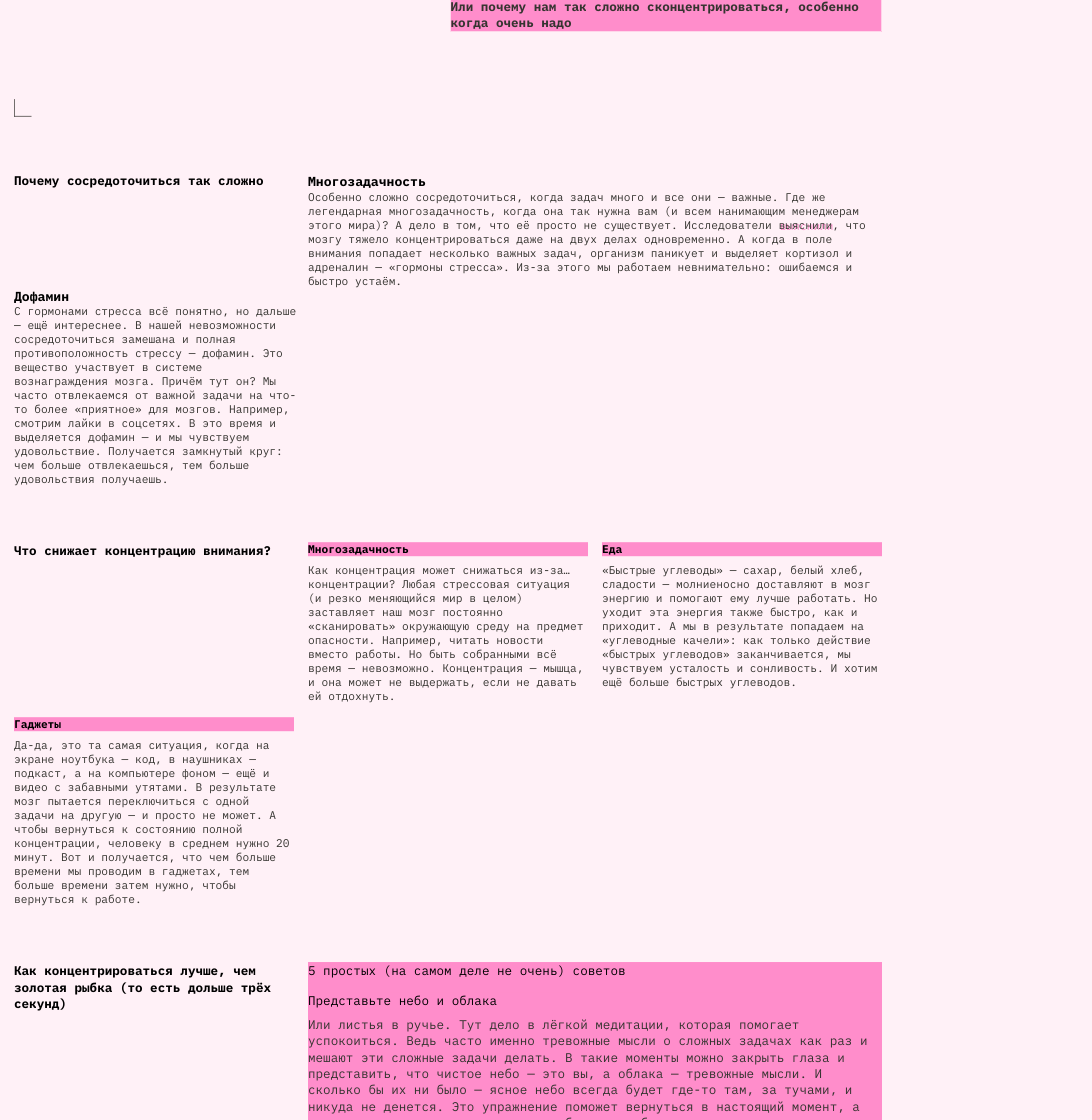
Repository: NikWolf75/slozhno-sosredotochitsya-fd
Page: index.html
These files come from the project's save history. The page is drawn as it stood at one moment and after the next save; the edit follows.
The browser window is 1280 px wide. The page is 1560 px wide, so the pictures cover 1560 px, including what lies to the right of the window. The pictures show the part of the page from y = 582 to 2182 px (the page is 7168 px tall before and 7415 px after), at 70% of full size.

Above is the page before, as saved 2025-02-27 21:44:24.

### index.html
<!DOCTYPE html>
<html lang="ru">
  <head>
    <meta charset="UTF-8" />
    <meta http-equiv="X-UA-Compatible" content="IE=edge" />
    <meta name="viewport" content="width=device-width, initial-scale=1.0" />
    <meta name="color-scheme" content="dark light" />
    <link rel="stylesheet" href="/fonts/fonts.css" />
    <link rel="stylesheet" href="/styles/globals.css" />
    <link rel="stylesheet" href="/styles/variables.css" />
    <link rel="stylesheet" href="/styles/style.css" />
    <link rel="stylesheet" href="/styles/dark.css" />
    <link rel="stylesheet" href="/styles/light.css" />
    <link rel="icon" href="/images/favicon.ico" sizes="any" />
    <link rel="icon" href="/images/favicon.svg" type="image/svg+xml" />
    <title>Сложно сосредоточиться</title>
    <script src="./scripts/script.js"></script>
  </head>
  <body class="page">
    <header class="header decorated-zone">
      <p class="rec_element">REC</p>
      <nav class="header__theme-menu">
        <ul class="header__theme-menu-list">
          <li class="header__theme-menu-item">
            <button
              class="header__theme-menu-button header__theme-menu-button_type_light"
            >
              День
            </button>
          </li>
          <li class="header__theme-menu-item">
            <button
              class="header__theme-menu-button header__theme-menu-button_active header__theme-menu-button_type_auto"
              disabled
            >
              Авто
            </button>
          </li>
          <li class="header__theme-menu-item">
            <button
              class="header__theme-menu-button header__theme-menu-button_type_dark"
            >
              Неон
            </button>
          </li>
        </ul>
      </nav>
      <h1 class="title_main">no focus</h1>
      <div class="title-decor">
        <p>Что делать, когда не можешь делать ничего</p>
        <p>
          Или почему нам так сложно сконцентрироваться, особенно когда очень
          надо
        </p>
      </div>
    </header>
    <main class="content">
      <section class="content__section">
        <h2 class="question_text">Почему сосредоточиться так сложно</h2>
        <article class="answer">
          <h3 class=".content__answer-short">Многозадачность</h3>
          <p class="answer_large">
            Особенно сложно сосредоточиться, когда задач много и все они —
            важные. Где же легендарная многозадачность, когда она так нужна вам
            (и всем нанимающим менеджерам этого мира)? А дело в том, что её
            просто не существует. Исследователи
            <a class="link-text" href="#0">выяснили</a>, что мозгу тяжело
            концентрироваться даже на двух делах одновременно. А когда в поле
            внимания попадает несколько важных задач, организм паникует и
            выделяет кортизол и адреналин — «гормоны стресса». Из-за этого мы
            работаем невнимательно: ошибаемся и быстро устаём.
          </p>
        </article>
        <article class="answer">
          <h3 class=".content__answer-short">Дофамин</h3>
          <p class="answer_large">
            С гормонами стресса всё понятно, но дальше — ещё интереснее. В нашей
            невозможности сосредоточиться замешана и полная противоположность
            стрессу — дофамин. Это вещество участвует в системе вознаграждения
            мозга. Причём тут он? Мы часто отвлекаемся от важной задачи на
            что-то более «приятное» для мозгов. Например, смотрим лайки в
            соцсетях. В это время и выделяется дофамин — и мы чувствуем
            удовольствие. Получается замкнутый круг: чем больше отвлекаешься,
            тем больше удовольствия получаешь.
          </p>
        </article>
      </section>
      <section class="content__section content__what">
        <h2 class="question_text">Что снижает концентрацию внимания?</h2>
        <article class="answer">
          <h3 class="content__answer-short">Многозадачность</h3>
          <p class="answer_large">
            Как концентрация может снижаться из-за… концентрации? Любая
            стрессовая ситуация (и резко меняющийся мир в целом) заставляет наш
            мозг постоянно «сканировать» окружающую среду на предмет опасности.
            Например, читать новости вместо работы. Но быть собранными всё время
            — невозможно. Концентрация — мышца, и она может не выдержать, если
            не давать ей отдохнуть.
          </p>
        </article>
        <article class="answer">
          <h3 class="content__answer-short">Еда</h3>
          <p class="answer_large">
            «Быстрые углеводы» — сахар, белый хлеб, сладости — молниеносно
            доставляют в мозг энергию и помогают ему лучше работать. Но уходит
            эта энергия также быстро, как и приходит. А мы в результате попадаем
            на «углеводные качели»: как только действие «быстрых углеводов»
            заканчивается, мы чувствуем усталость и сонливость. И хотим ещё
            больше быстрых углеводов.
          </p>
        </article>
        <article class="answer">
          <h3 class="content__answer-short">Гаджеты</h3>
          <p class="answer_large">
            Да-да, это та самая ситуация, когда на экране ноутбука — код, в
            наушниках — подкаст, а на компьютере фоном — ещё и видео с забавными
            утятами. В результате мозг пытается переключиться с одной задачи на
            другую — и просто не может. А чтобы вернуться к состоянию полной
            концентрации, человеку в среднем нужно 20 минут. Вот и получается,
            что чем больше времени мы проводим в гаджетах, тем больше времени
            затем нужно, чтобы вернуться к работе.
          </p>
        </article>
      </section>
      <section class="content__section">
        <h2 class="question_text">
          Как концентрироваться лучше, чем золотая рыбка (то есть дольше трёх
          секунд)
        </h2>
        <article class="answer advice">
          <h3 class="content__answer-short sub_content__answer-short">
            5 простых (на самом деле не очень) советов
          </h3>
          <h4 class="advice">
            Представьте небо и облака
          </h4>
          <p class="answer_large">
            Или листья в ручье. Тут дело в лёгкой медитации, которая помогает
            успокоиться. Ведь часто именно тревожные мысли о сложных задачах как
            раз и мешают эти сложные задачи делать. В такие моменты можно
            закрыть глаза и представить, что чистое небо — это вы, а облака —
            тревожные мысли. И сколько бы их ни было — ясное небо всегда будет
            где-то там, за тучами, и никуда не денется. Это упражнение поможет
            вернуться в настоящий момент, а не волноваться о потенциальных
            проблемах из будущего.
          </p>
        </article>
          <h4 class="advice">
            Включите музыку
          </h4>
          <p class="answer_large">
            Но не любую, и не любимую. Любимая может быть связана с сильными
            положительными эмоциями, которые тоже очень сильно отвлекают.
            Подойдёт тихая, спокойная, умеренно-ритмичная. Можно вообще
            попробовать включить плейлист с «белым шумом» или нейромузыкой.
          </p>
          <h4 class="advice">
            Прогуляйтесь
          </h4>
          <p class="answer_large">
            Или даже пробегитесь. Лучше найти парк или лес: один эксперимент
            <a class="link-text" href="#0">показал</a>, что созерцание природы
            повышает концентрацию, в то время как после просмотра городских
            пейзажей она наоборот понижается. Можно совместить прогулку с
            физическими упражнениями или бегом — так в мозг поступит ещё больше
            кислорода и он будет лучше работать. Но и простая двадцатиминутная
            прогулка — тоже отличный вариант.
          </p>
          <h4 class="advice">
            Хорошо ешьте
          </h4>
          <p class="answer_large">
            Мы — не ваша бабушка, но это правда важно. Выбирайте продукты,
            которые препятствуют резким скачкам сахара в крови. Например, с
            высоким содержанием клетчатки: овощи, ягоды, бобовые (нут, чечевица,
            фасоль), коричневый рис, хлеб из цельнозерновой пшеницы.
          </p>
          <h4 class="advice">
            Читайте
          </h4>
          <p class="answer_large">
            Настоящие бумажные книги. Это правда помогает с концентрацией: чтобы
            прочитать пост в соцсети, достаточно нескольких минут или даже
            секунд. А вот интересная книга способна затянуть и на несколько
            часов и круто тренирует направленное внимание.
          </p>
        </article>
      </section>
      <section class="content__section content__gallery">
        <h2 class="content__answer-short">А можно в картинках?</h2>
        <div class="gallery">
          <figure class="gallery__item">
            <img
              class="content__section-image"
              src="./images/sunset.png"
              alt="Вид острова на закате"
              loading="lazy"
            />
          </figure>
          <figure class="gallery__item">
            <img
              class="gallery__section-image"
              src="./images/ice-cream.png"
              alt="Чаша с мороженным"
              loading="lazy"
            />
          </figure>
          <figure class="gallery__item">
            <img
              class="gallery__section-image"
              src="./images/tape.png"
              alt="Кассета"
              loading="lazy"
            />
          </figure>
          <figure class="gallery__item">
            <img
              class="gallery__section-image"
              src="./images/books.png"
              alt="Стопка книг"
              loading="lazy"
            />
          </figure>
          <figure class="gallery__item">
            <img
              class="gallery__section-image"
              src="./images/street.png"
              alt="Улица"
              loading="lazy"
            />
          </figure>
        </div>
      </section>
    </main>
    <footer class="footer decorated-zone">
      <h2 class="title_main footer__title">focus</h2>
    </footer>
  </body>
</html>

### styles/globals.css
*,
*::before,
*::after {
  box-sizing: border-box;
}

body {
  min-inline-size: 375px;
  max-inline-size: 1440px;
  margin: 0 auto;
}

h1,
h2,
h3,
h4,
h5,
h6,
p {
  margin: 0;
}

ul {
  margin: 0;
  padding: 0;
  list-style: none;
}

picture {
  margin: 0;
  padding: 0;
}

button,
a {
  font-family: inherit;
  font-size: inherit;
  line-height: inherit;
  color: currentColor;
}

### styles/variables.css
:root {
  --main-font: 'IBM Plex mono';
}

### styles/style.css
.page {
  display: flex;
  flex-direction: column;
  font-family: var(--main-font), monospace;
  block-size: min-content;
  position: relative;
  font-weight: 700;
  background-color: var(--main-background-color);
  background-image: var(--main-background-image);
  background-attachment: fixed;
  background-position: center;
  background-size: cover;
  background-repeat: no-repeat;
 }

.decorated-zone {
  position: relative;
}

.decorated-zone::after,
.decorated-zone::before {
  position: absolute;
  inline-size: 25px;
  block-size: 25px;
  content: "";
  border: 1px solid var(--corner-color);
}

.decorated-zone::after {
  border-top: none;
  border-right: none;
  bottom: 10px;
  left: 10px;
}

.decorated-zone::before {
  border-left: none;
  border-bottom: none;
  right: 10px;
  top: 10px;
}

@media (width >= 768px) {
  .decorated-zone::after {
    bottom: 20px;
    left: 20px;
  }
}

@media (width >= 768px) {
  .decorated-zone::before {
    right: 20px;
    top: 20px;
  }
}

.rec_element {
  position: absolute;
  align-self: start;
  justify-self: end;
  margin: 0;
  right: 10px;
  margin-right: 28px;
  font-size: 18px;
  grid-column: 3;
  grid-row: 1;
  color: var(--accent-color);
  gap: 10px;
}

@media (width >= 768px) {
  .rec_element {
    right: 20px;
  }
}

.rec_element::after {
  content: "";
  border-radius: 50%;
  position: absolute;
  top: 8px;
  left: 44px;
  background: var(--accent-color);
  width: 10px;
  height: 10px;
  box-shadow: 0 0 4px 2px var(--accent-color)
}

.header {
  display: grid;
  grid-template-columns: repeat(3, 1fr);
  grid-template-rows: 1fr min-content 1fr;
  align-items: center;
  justify-items: end;
  position: relative;
  block-size: min(668px, 100vh);
  padding: 10px;
  inline-size: 100%;
 }

 @media (width >= 768px) {
  .header {
    padding: 20px 20px 20px 0;
    block-size: max(1024px, 100vh);
  }
 }

 @media (width >= 1024px) {
  .header {
    block-size: max(768px, 100vh);
  }
 }

 .header__theme-menu {
  grid-column: 3;
  grid-row: 1;
  justify-self: end;
  align-self: center;
}

@media (width >= 1024px) {
  .header__theme-menu {
    grid-column: 1 / -1;
    align-self: start;
    justify-self: center;
    margin-left: 20px;
  }
 }

.header__theme-menu-list {
  display: flex;
  flex-direction: column;
  list-style: none;
  row-gap: 10px;
}

@media (width >= 1024px) {
  .header__theme-menu-list {
    display: flex;
    flex-direction: row;
    column-gap: 10px;
  }
 }

.header__theme-menu-button {
  font-family: inherit;
  background: transparent;
  font-size: 18px;
  color: var(--menu-color);
  border: none;
  text-transform: lowercase;
  border: none;
  height: 26px;
  padding-right: 13px;
  padding-left: 13px;
}

.header__theme-menu-bitton:hover {
  outline: 1px solid var(--menu-color-rgb);
}

.header__theme-menu-button_active {
  outline: 1px solid var(--menu-color);
}

.header__theme-menu-button:focus {
  outline: none;
  text-decoration: underline;
}

.header__theme-menu-button:focus-visible {
  outline: none;
  text-decoration: underline;
}

.title_main {
  font-family: inherit;
  font-size: clamp(7.25rem, 7.0115rem + 1.0178vw, 7.5rem);
  line-height: 95.7px;
  color: var(--title-short-text-color);
  text-shadow: 4px 4px 0 var(--accent-color);
  justify-self: start;
  grid-column: 1 / -1;
  grid-row: 2;
}

@media (width >= 1024px) {
  .title_main {
    line-height: 129.5px;
  }
}

@media (width >= 768px) {
  .title_main {
    font-size: clamp(7.5rem, 0.5625rem + 14.4531vw, 9.8125rem);
    font-weight: 700;
    line-height: 99px;
  }
}

.title-decor {
  font-weight: 700;
  font-family: var(--main-font), monospace;
  font-size: 18px;
  line-height: 23.4px;
  background-color: var(--accent-color);
  color: var(--title-text-color);
  grid-row: 3;
  grid-column: 1 / -1;
  border: 1px solid var(--main-background-color);
  margin: 0;
  justify-self: end;
  align-self: center;
}

@media (width >= 768px) {
  .title-decor {
    max-width: 49%;
  }
}

.content {
  display: flex;
  box-sizing: border-box;
  flex-direction: column;
  padding: 40px 10px 0 10px;
  row-gap: 50px;
}

@media (width >= 768px) {
  .content {
    padding: 60px 20px 20px 20px;
    row-gap: 80px;
  }
}

@media (width >= 768px) {
  .content__section {
    display: grid;
    grid-template-columns: 1fr 2fr;
    column-gap: 20px;
  }
}

@media (width >= 1024px) {
  .content__section {
    column-gap: 10px;
  }
}

.content__what, .answer {
  margin-bottom: 20px;
}

.content__what, .answer:last-of-type {
  margin-bottom: 0;
}

.content__gallery, .content__answer-short {
  font-size: 18px;
}

@media (width >= 768px) and (width < 1024px) {
  .content__what,
  .content__gallery {
    display: grid;
    grid-template-columns: repeat(3, 1fr);
    grid-template-rows: min-content, 1fr;
    row-gap: 20px;
  }

  .content__what, .question_text {
    grid-row: 1;
    grid-column: 1;
  }

  .content__what, .content__answer {
    grid-row: 2;
    grid-column: 1 / -1;
    margin-bottom: 20px;
  }

  .content__gallery, .content__answer-short {
    grid-row: 1;
    grid-column: 1 / -1;
    margin: 0;
  }

  .content__gallery, .gallery {
    grid-row: 2;
    grid-column: 1 / -1;
  }
}

@media (width >= 1024px) {
  .content__what,
  .content__gallery {
    display: grid;
    grid-template-columns: repeat(3, 1fr);
    row-gap: 20px;
  }

  .content__what, .question_text {
    grid-row: 1;
    grid-column: 1;
  }

  .content__what, .content__answer {
    display: grid;
    grid-row: 2;
    grid-column: 1 / -1;
    column-gap: 20px;
    grid-template-columns: repeat(auto-fit, minmax(calc((100% - 40px) / 3), 1fr));
  }

  .content__gallery, .content__answer-short {
    grid-row: 1;
    grid-column: 1 / -1;
    margin: 0;
  }

  .content__gallery, .gallery {
    grid-row: 2;
    grid-column: 1 / -1;
  }
}

.question_text {
  font-family: var(--main-font), monospace;
  font-size: 18px;
  font-weight: 700;
  line-height: 23.5px;
  color: var(--question_text-color);
  margin: 0;
  margin-bottom: 20px;
}

@media (width >= 768px) {
  .question_text {
    padding-right: 9px;
    margin-bottom: 0;
  }
}

.content__answer {
  font-family: var(--main-font), monospace;
  font-size: 18px;
  font-weight: 700;
  line-height: 23.5px;
  color: var(--content__answer-short-color);
}

.content_how {
  display: flex;
  flex-direction: column;
}

.content__answer-short {
  color: var(--content__answer-short-color);
  background-color: var(--accent-color);
  margin: 0;
  margin-bottom: 10px;
  font-family: inherit;
  font-size: inherit;
  font-weight: inherit;
  line-height: inherit;
}

.sub_content__answer-short {
  margin-bottom: 20px;
}

.answer_large {
  font-family: inherit;
  font-size: inherit;
  font-weight: 400;
  line-height: inherit;
  color: var(--answer-text-color);
  margin: 0;
  margin-bottom: 20px;
}

.answer, .answer_large:last-of-type {
  margin-bottom: 0;
}

.link-text {
  text-decoration: none;
  color: inherit;
  text-shadow: 2px 2px 0 var(--shadow-accent-color);
}

.link-text:hover {
  border-bottom: 1px solid var(--menu-color);
}

.link-text:focus {
  outline: none;
  border: none;
}

.link-text:focus-visible {
  outline: 1px solid var(--answer-text-color);
  border: 1px solid transparent;
  color: var(--answer-text-color);
}

.advice {
  font-family: var(--main-font), monospace;
  font-size: 18px;
  font-weight: 400;
  background-color: var(--accent-color);
  line-height: 23.4px;
  margin: 0 0 10px 0;
}

.gallery {
  display: grid;
  grid-template-columns: 1fr;
  grid-template-rows: 142px 355px 237px 355px 237px;
  gap: 10px;
  grid-auto-flow: dense;
  margin-bottom: 40px;
}

.gallery__item {
  margin: o;
}

.gallery__section-image {
  object-fit: cover;
  inline-size: 100%;
  block-size: 100%;
}

@media (width >= 1024px) {
  .gallery {
    grid-template-rows: 260px 315px 433px;
  }
}

.footer {
  display: grid;
  height: 100vh;
  padding: 10px;
  block-size: max(668px, 100vh);
  grid-template-columns: 1fr;
  grid-template-rows: 1fr min-content 1fr;
}

@media (width >= 768px) {
  .footer {
    padding: 20px;
    block-size: max(1024px, 100vh);
  }
}

@media (width >= 1024px) {
  .footer {
    block-size: max(768px, 100vh);
  }
}

.footer_title {
  justify-self: center;
}

### styles/dark.css
:root.theme-dark {
  --title-short-text-color: #DB00FF;
  --header-background-image: url(../images/cover-image-dark.png);
  --title-text-color: #000028;
  --accent-color: #FF0070;
  --menu-color: #FF0070;
  --menu-color-rgb: rgba(255, 0, 112, 0.4);
  --shadow-accent-color: #FF0070;
  --main-background-color: #000028;
  --answer-text-color: #F1B2CE;
  --answer-short-text-color: #000028;
  --question-text-color: #FF0070;
  --corner-color: #FF0070;
}

.theme-dark .page {
  /* Вам также нужно будет написать ряд подобных селекторов */
}

.theme-dark li {
  outline: none;
}

@media (prefers-color-scheme: dark) {
  :root {
    /* сохраните этот селектор в приведённом виде.
      Так стили написанные ниже будут иметь больший вес,
      чем стили в медиазапросе предпочтений пользователя
    */
    --title-short-text-color: #DB00FF;
    --header-background-image: url(../images/cover-image-dark.png);
    --title-text-color: #000028;
    --accent-color: #FF0070;
    --menu-color: #FF0070;
    --menu-color-rgb: rgba(255, 0, 112, 0.4);
    --shadow-accent-color: #FF0070;
    --main-background-color: #000028;
    --answer-text-color: #F1B2CE;
    --answer-short-text-color: #000028;
    --question-text-color: #FF0070;
    --corner-color: #FF0070;
  }

  li {
    outline: none;
  }
}

### styles/light.css
:root.theme-light {
  --title-short-text-color: #FFC2E6;
  --header-background-image: url(../images/cover-image-light.png);
  --title-text-color: #353430;
  --accent-color: #FF8DCB;
  --menu-color: #353430;
  --menu-color-rgb: rgba(53, 52, 48, 0.4);
  --shadow-accent-color: #FF8DCB;
  --main-background-color: #FFF1F7;
  --answer-text-color: #353430;
  --answer-short-text-color: #353430;
  --question-text-color: #353430;
  --corner-color: #353430;
}

.theme-light .page .rec_element {
  display: none;
}

.theme-light .rec_element::after {
  display: none;
}

.theme-light li {
  outline: none;
}

@media (prefers-color-scheme: light) {
  :root {
    --title-short-text-color: #FFC2E6;
    --header-background-image: url(../images/cover-image-light.png);
    --title-text-color: #353430;
    --accent-color: #FF8DCB;
    --menu-color: #353430;
    --menu-color-rgb: rgba(53, 52, 48, 0.4);
    --shadow-accent-color: #FF8DCB;
    --main-background-color: #FFF1F7;
    --answer-text-color: #353430;
    --answer-short-text-color: #353430;
    --question-text-color: #353430;
    --corner-color: #353430;
  }


  .theme-light .rec_element {
    display: none;
  }

  .theme-auto .rec_element {
    display: none;
  }

  .rec_element .rec_element::after {
    display: none;
  }

  li {
    outline: none;
  }
}

### scripts/script.js
(function initTheme() {
  const theme = localStorage.getItem('theme');
  if (theme) {
    setTheme(theme);
  }
})();

document.addEventListener('DOMContentLoaded', () => {
  const currentTheme = [...document.documentElement.classList]
    .find((cn) => cn.startsWith('theme-'))
    ?.replace('theme-', '');
  const themeButtons = [
    ...document.querySelectorAll('.header__theme-menu-button'),
  ];
  setActiveButton(themeButtons, currentTheme);

  themeButtons.forEach((button) => {
    button.addEventListener('click', () => {
      const chosenTheme = [...button.classList]
        .find((cn) => cn.includes('_type_'))
        .split('_type_')[1];
      setTheme(chosenTheme);
      setActiveButton(themeButtons, chosenTheme);
    });
  });
});

function setTheme(theme) {
  document.documentElement.className = '';
  document.documentElement.classList.add(`theme-${theme}`);
  localStorage.setItem('theme', theme);
}

function setActiveButton(buttonsArray, theme) {
  buttonsArray.forEach((button) => {
    button.classList.remove('header__theme-menu-button_active');
    button.removeAttribute('disabled');
  });
  const target = buttonsArray.find((button) =>
    button.classList.contains(`header__theme-menu-button_type_${theme}`)
  );
  if (target) {
    target.classList.add('header__theme-menu-button_active');
    target.setAttribute('disabled', true);
  } else {
    const autoButton = document.querySelector(
      '.header__theme-menu-button_type_auto'
    );
    autoButton.classList.add('header__theme-menu-button_active');
    autoButton.setAttribute('disabled', true);
  }
}

Loaded but not shown: fonts/fonts.css (common file)

After the next save:
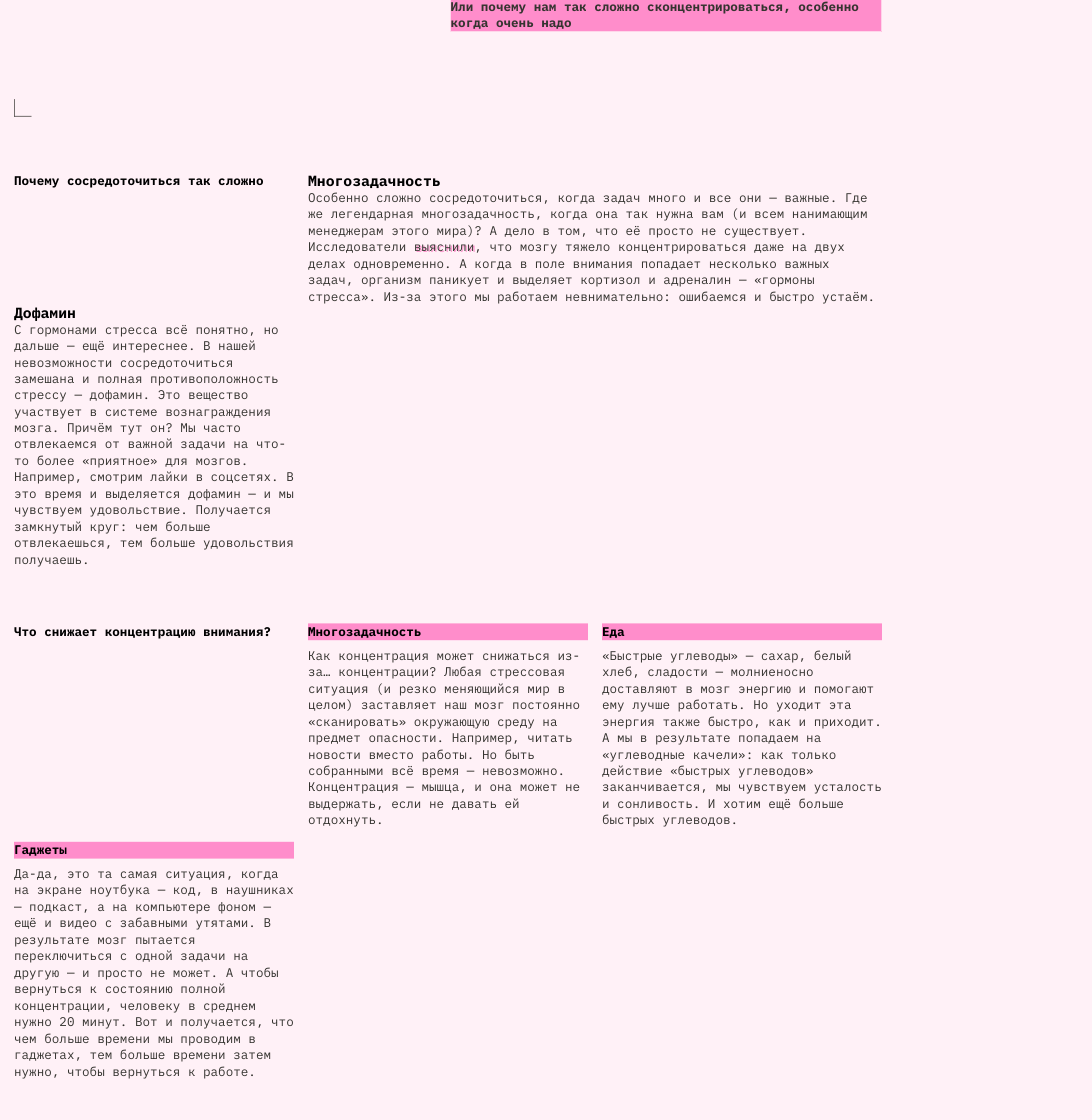
Saved 14 s later.
--- a/styles/style.css
+++ b/styles/style.css
@@ -342,7 +342,7 @@
   }
 }
 
-.content__answer {
+.answer {
   font-family: var(--main-font), monospace;
   font-size: 18px;
   font-weight: 700;
